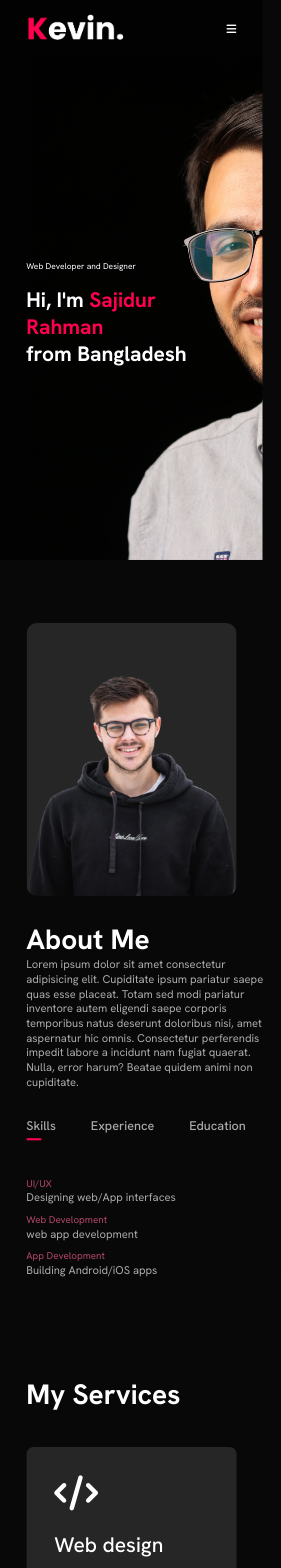
Repository: devsajid/Portfolio-website-with-HTML-CSS-JS
Page: index.html
These files come from the project's save history. The page is drawn as it stood at one moment and after the next save; the edit follows.
The browser window is 375 px wide. The page is 401 px wide, so the pictures cover 401 px, including what lies to the right of the window. The pictures show the part of the page from y = 0 to 2240 px (the page is 5806 px tall), at 70% of full size.

Above is the page before, as saved 2022-12-28 21:42:41.

After the next save:
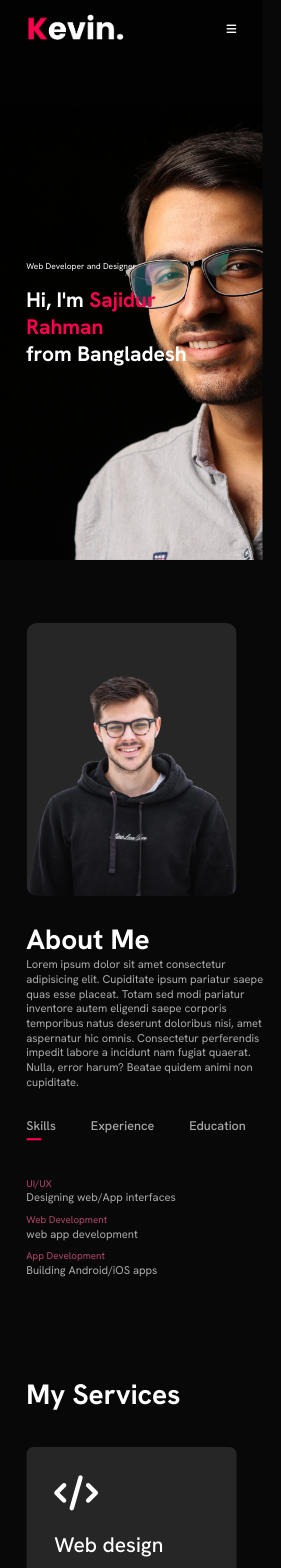
Saved 4 s later.
--- a/style.css
+++ b/style.css
@@ -327,9 +327,9 @@ nav .fas {
   display: none;
 }
 @media only screen and (max-width: 600px) {
-  /* #header {
+  #header {
     background-image: url(images/phone-background.png);
-  } */
+  }
   .header-text {
     margin-top: 100%;
     font-size: 16px;
